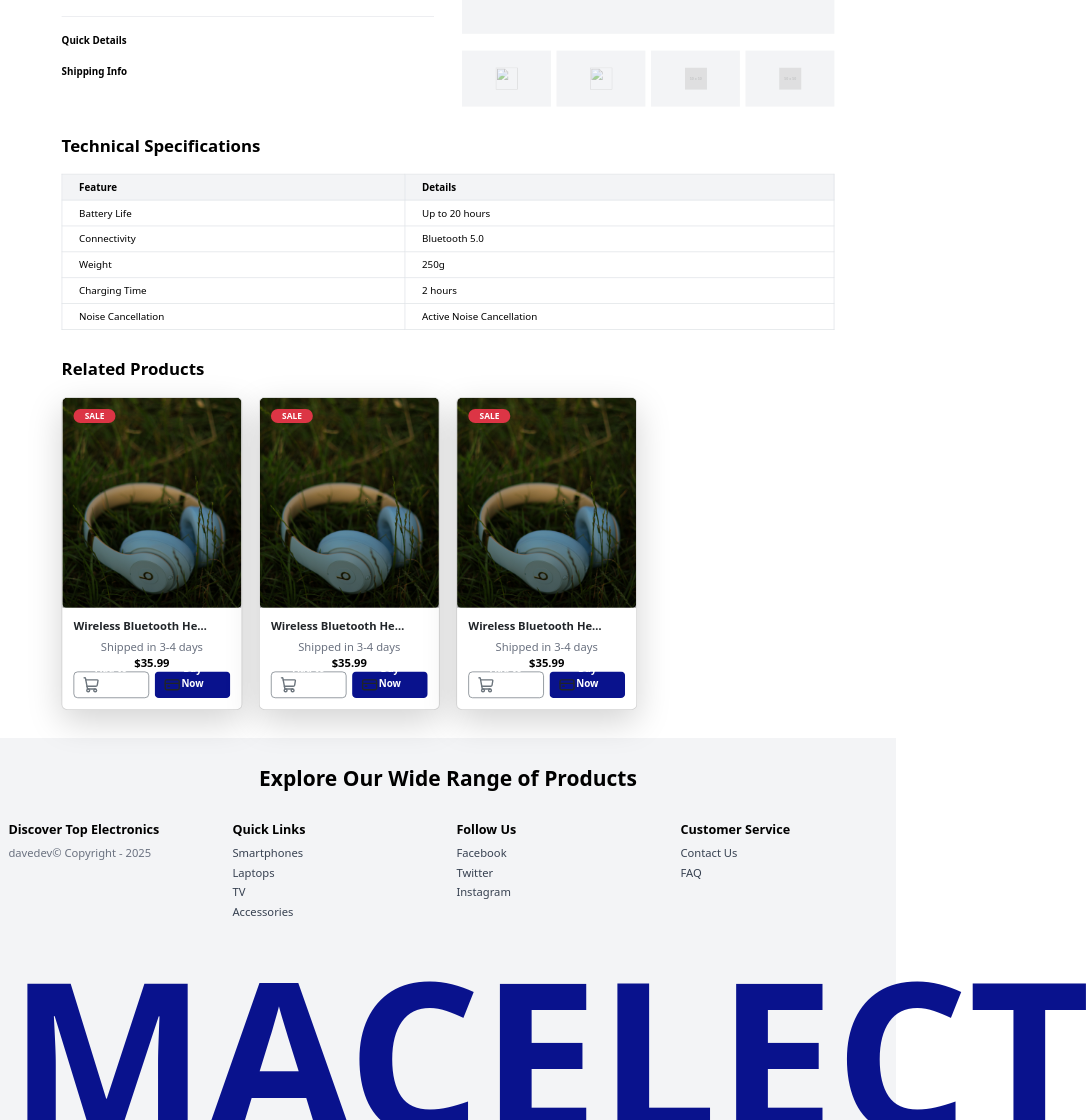
Repository: Davidobi21/macelect
Page: frontend/pages/productpage.html
The author's editor kept a copy of each file at every save. The page is drawn from the files as they stood at one save, then again after the next save.
The browser window is 1280 px wide. The page is 1557 px wide, so the pictures cover 1557 px, including what lies to the right of the window. The pictures show the part of the page from y = 466 to 2066 px (the page is 2174 px tall), at 70% of full size.
Some web libraries are served in a nearby version.

Above is the page before, as saved 2025-04-25 09:10:35.

### frontend/pages/productpage.html
<!DOCTYPE html>
<html lang="en">
<head>
  <meta charset="UTF-8">
  <title>Product Page</title>
  <meta name="viewport" content="width=device-width, initial-scale=1">
  <link rel="stylesheet" href="../css/style.css">
  <!-- Tailwind CSS -->
  <script src="https://cdn.jsdelivr.net/npm/lucide@latest/dist/umd/lucide.min.js"></script>
  <link href="https://cdn.jsdelivr.net/npm/bootstrap@5.3.0-alpha1/dist/css/bootstrap.min.css" rel="stylesheet">
  <script src="https://cdn.tailwindcss.com"></script>
  <!-- jQuery -->
  <script src="https://code.jquery.com/jquery-3.6.4.min.js"></script>
  <script src="../js/pjs.js" defer></script>
  <script src="../js/pjs.js" defer></script>
</head>
<body class="bg-white text-black">

  <!-- Back Button -->
  <div class="max-w-6xl mx-auto px-4 py-4">
    <a href="./products.html" class="inline-flex items-center text-sm font-medium text-blue-600 hover:underline">
      <i data-lucide="arrow-left" class="h-5 w-5 mr-1"></i>
      Back to Products
    </a>
  </div>

  <div class="max-w-6xl mx-auto px-4 py-10">
    <div class="grid md:grid-cols-2 gap-10">

      <!-- Left Section: Product Info -->
      <div>
        <h1 class="text-3xl font-bold mb-2"></h1>
        <p class="product-category text-sm text-gray-600 mb-4"></p>

        <p class="product-price text-2xl font-semibold mb-2"></p>
        <div class="flex items-center mb-4">
          <div class="text-yellow-500 mr-2">
            ★★★★☆
          </div>
          <p class="text-sm text-gray-600">532 reviews</p>
        </div>

        <!-- Color Options -->
        <div class="mb-4">
          <p class="text-sm font-medium mb-1">Color</p>
          <div class="flex space-x-2 color-options"></div>
        </div>

        <!-- Size Dropdown -->
        <div class="mb-4">
          <p class="text-sm font-medium mb-1">Size</p>
          <select class="w-full border border-gray-300 rounded px-4 py-2 text-sm size-dropdown">
            <option value="">Select Size</option>
          </select>
        </div>

        <!-- Quantity -->
        <div class="mb-4">
          <input type="number" value="1" min="1" class="w-20 border border-gray-300 rounded px-4 py-2 text-sm">
        </div>

        <!-- Buttons -->
        <div class="mb-6">
          <button class="w-full bg-[#09128d] text-white py-2 text-sm font-semibold mb-2 hover:bg-[#55555500] text-[#000000] transition">Add to cart</button>
          <button class="w-full border border-gray-400 py-2 text-sm font-semibold hover:bg-gray-100 transition">Buy now</button>
        </div>

        <!-- Details -->
        <div class="border-t pt-4">
          <h2 class="font-semibold text-sm mb-1">Quick Details</h2>
          <p class="text-sm text-gray-700 mb-4 quick-details"></p>

          <h2 class="font-semibold text-sm mb-1 cursor-pointer">Shipping Info</h2>
          <p class="text-sm text-gray-700 shipping-info"></p>
        </div>
      </div>

      <!-- Right Section: Images -->
      <div>
        <div class="w-full h-[400px] bg-gray-100 flex items-center justify-center mb-4">
          <img src="" class="main-product-image w-16 h-16 opacity-50" alt="Main Image">
        </div>

        <!-- Thumbnails -->
        <div class="grid grid-cols-4 gap-2">
          <div class="h-20 bg-gray-100 flex items-center justify-center">
            <img src="" class="thumbnail w-8 h-8 opacity-50" alt="">
          </div>
          <div class="h-20 bg-gray-100 flex items-center justify-center">
            <img src="" class="thumbnail w-8 h-8 opacity-50" alt="">
          </div>
          <div class="h-20 bg-gray-100 flex items-center justify-center">
            <img src="https://via.placeholder.com/50" class="w-8 h-8 opacity-50" alt="Default Thumbnail">
          </div>
          <div class="h-20 bg-gray-100 flex items-center justify-center">
            <img src="https://via.placeholder.com/50" class="w-8 h-8 opacity-50" alt="Default Thumbnail">
          </div>
        </div>
      </div>
    </div>

    <!-- Technical Specifications Table -->
    <div class="mt-10">
      <h2 class="text-2xl font-bold mb-4">Technical Specifications</h2>
      <table class="w-full border border-gray-300 text-sm">
        <thead>
          <tr class="bg-gray-100">
            <th class="border border-gray-300 px-4 py-2 text-left">Feature</th>
            <th class="border border-gray-300 px-4 py-2 text-left">Details</th>
          </tr>
        </thead>
        <tbody>
          <tr>
            <td class="border border-gray-300 px-4 py-2">Battery Life</td>
            <td class="border border-gray-300 px-4 py-2">Up to 20 hours</td>
          </tr>
          <tr>
            <td class="border border-gray-300 px-4 py-2">Connectivity</td>
            <td class="border border-gray-300 px-4 py-2">Bluetooth 5.0</td>
          </tr>
          <tr>
            <td class="border border-gray-300 px-4 py-2">Weight</td>
            <td class="border border-gray-300 px-4 py-2">250g</td>
          </tr>
          <tr>
            <td class="border border-gray-300 px-4 py-2">Charging Time</td>
            <td class="border border-gray-300 px-4 py-2">2 hours</td>
          </tr>
          <tr>
            <td class="border border-gray-300 px-4 py-2">Noise Cancellation</td>
            <td class="border border-gray-300 px-4 py-2">Active Noise Cancellation</td>
          </tr>
        </tbody>
      </table>
    </div>

    <!-- Related Products Section -->
    <div class="mt-10">
      <h2 class="text-2xl font-bold mb-4">Related Products</h2>
      <div class="grid grid-cols-1 sm:grid-cols-2 md:grid-cols-3 lg:grid-cols-4 gap-6">
        <!-- Product Card -->
        <div class="col">
            <div class="card h-100 shadow-lg rounded-lg overflow-hidden position-relative product-card"
            data-name="Wireless Bluetooth Headset"
            data-category="Headphones"
            data-price="35.99">
              <!-- Product Image Swap -->
              <div class="card-img-container position-relative" style="height: 300px;">
                <!-- Main Image -->
                <img src="../images/anna-keibalo-3vdOy66U8KI-unsplash.jpg" class="card-img-top main-img rounded" alt="Wireless Bluetooth Headset" style="height: 100%; object-fit: cover;">

                <!-- Hover Image -->
                <img src="../images/anna-keibalo-zczFCpKyTNc-unsplash.jpg" class="card-img-top hover-img position-absolute top-0 start-0 rounded" alt="Hover Image" style="height: 100%; width: 100%; object-fit: cover;">

                <!-- Optional Gradient Overlay -->
                <div class="overlay position-absolute top-0 bottom-0 start-0 end-0 bg-gradient-to-t from-black opacity-50"></div>
              </div>

              <div class="card-body text-center">
                <h5 class="card-title font-bold text-truncate" style="max-width: 200px;">Wireless Bluetooth Headset</h5>
                <p class="text-gray-500">Shipped in 3-4 days</p>
                <p class="text-black font-bold">$35.99</p>
                <div class="d-flex justify-content-between">
                  <button class="btn btn-outline-secondary flex-grow-1 me-2 position-relative">
                    <i data-lucide="shopping-cart" class="lucide"></i>
                    <span class="btn-label">Add to Cart</span>
                  </button>
                  <button class="btn bg-[#09128d] flex-grow-1 position-relative">
                    <i data-lucide="credit-card" class="lucide"></i>
                    <span class="btn-label">Buy Now</span>
                  </button>
                </div>
              </div>

              <!-- Sale Badge -->
              <div class="badge position-absolute top-0 start-0 m-3 bg-danger text-white rounded-pill px-3 py-1">SALE</div>
            </div>
          </div>
        <!-- Product Card -->
        <div class="col">
            <div class="card h-100 shadow-lg rounded-lg overflow-hidden position-relative product-card"
            data-name="Wireless Bluetooth Headset"
            data-category="Headphones"
            data-price="35.99">
              <!-- Product Image Swap -->
              <div class="card-img-container position-relative" style="height: 300px;">
                <!-- Main Image -->
                <img src="../images/anna-keibalo-3vdOy66U8KI-unsplash.jpg" class="card-img-top main-img rounded" alt="Wireless Bluetooth Headset" style="height: 100%; object-fit: cover;">

                <!-- Hover Image -->
                <img src="../images/anna-keibalo-zczFCpKyTNc-unsplash.jpg" class="card-img-top hover-img position-absolute top-0 start-0 rounded" alt="Hover Image" style="height: 100%; width: 100%; object-fit: cover;">

                <!-- Optional Gradient Overlay -->
                <div class="overlay position-absolute top-0 bottom-0 start-0 end-0 bg-gradient-to-t from-black opacity-50"></div>
              </div>

              <div class="card-body text-center">
                <h5 class="card-title font-bold text-truncate" style="max-width: 200px;">Wireless Bluetooth Headset</h5>
                <p class="text-gray-500">Shipped in 3-4 days</p>
                <p class="text-black font-bold">$35.99</p>
                <div class="d-flex justify-content-between">
                  <button class="btn btn-outline-secondary flex-grow-1 me-2 position-relative">
                    <i data-lucide="shopping-cart" class="lucide"></i>
                    <span class="btn-label">Add to Cart</span>
                  </button>
                  <button class="btn bg-[#09128d] flex-grow-1 position-relative">
                    <i data-lucide="credit-card" class="lucide"></i>
                    <span class="btn-label">Buy Now</span>
                  </button>
                </div>
              </div>

              <!-- Sale Badge -->
              <div class="badge position-absolute top-0 start-0 m-3 bg-danger text-white rounded-pill px-3 py-1">SALE</div>
            </div>
          </div>
        <!-- Product Card -->
        <div class="col">
            <div class="card h-100 shadow-lg rounded-lg overflow-hidden position-relative product-card"
            data-name="Wireless Bluetooth Headset"
            data-category="Headphones"
            data-price="35.99">
              <!-- Product Image Swap -->
              <div class="card-img-container position-relative" style="height: 300px;">
                <!-- Main Image -->
                <img src="../images/anna-keibalo-3vdOy66U8KI-unsplash.jpg" class="card-img-top main-img rounded" alt="Wireless Bluetooth Headset" style="height: 100%; object-fit: cover;">

                <!-- Hover Image -->
                <img src="../images/anna-keibalo-zczFCpKyTNc-unsplash.jpg" class="card-img-top hover-img position-absolute top-0 start-0 rounded" alt="Hover Image" style="height: 100%; width: 100%; object-fit: cover;">

                <!-- Optional Gradient Overlay -->
                <div class="overlay position-absolute top-0 bottom-0 start-0 end-0 bg-gradient-to-t from-black opacity-50"></div>
              </div>

              <div class="card-body text-center">
                <h5 class="card-title font-bold text-truncate" style="max-width: 200px;">Wireless Bluetooth Headset</h5>
                <p class="text-gray-500">Shipped in 3-4 days</p>
                <p class="text-black font-bold">$35.99</p>
                <div class="d-flex justify-content-between">
                  <button class="btn btn-outline-secondary flex-grow-1 me-2 position-relative">
                    <i data-lucide="shopping-cart" class="lucide"></i>
                    <span class="btn-label">Add to Cart</span>
                  </button>
                  <button class="btn bg-[#09128d] flex-grow-1 position-relative">
                    <i data-lucide="credit-card" class="lucide"></i>
                    <span class="btn-label">Buy Now</span>
                  </button>
                </div>
              </div>

              <!-- Sale Badge -->
              <div class="badge position-absolute top-0 start-0 m-3 bg-danger text-white rounded-pill px-3 py-1">SALE</div>
            </div>
          </div>
        </div>
      </div>
    </div>
  </div>
  <footer>
    <section class="py-10 bg-gray-100">
        <div class="container mx-auto text-center">
          <h2 class="text-3xl font-bold mb-4">Explore Our Wide Range of Products</h2>
          <!-- <a href="#" class="btn btn-dark px-4 py-2 rounded-lg">Shop Now →</a> -->
          <div class="grid grid-cols-4 gap-4 mt-10 text-left">
            <!-- Column 1 -->
            <div>
              <h3 class="font-bold text-lg">Discover Top Electronics</h3>
              <p class="text-gray-500 mt-2">davedev©  Copyright - 2025</p>
            </div>
            <!-- Column 2 -->
            <div>
              <h3 class="font-bold text-lg">Quick Links</h3>
              <ul class="mt-2 space-y-1">
                <li><a href="#" class="text-gray-700 hover:underline">Smartphones</a></li>
                <li><a href="#" class="text-gray-700 hover:underline">Laptops</a></li>
                <li><a href="#" class="text-gray-700 hover:underline">TV</a></li>
                <li><a href="#" class="text-gray-700 hover:underline">Accessories</a></li>
              </ul>
            </div>
            <!-- Column 3 -->
            <div>
              <h3 class="font-bold text-lg">Follow Us</h3>
              <ul class="mt-2 space-y-1">
                <li><a href="#" class="text-gray-700 hover:underline">Facebook</a></li>
                <li><a href="#" class="text-gray-700 hover:underline">Twitter</a></li>
                <li><a href="#" class="text-gray-700 hover:underline">Instagram</a></li>
              </ul>
            </div>
            <!-- Column 4 -->
            <div>
              <h3 class="font-bold text-lg">Customer Service</h3>
              <ul class="mt-2 space-y-1">
                <li><a href="#" class="text-gray-700 hover:underline">Contact Us</a></li>
                <li><a href="#" class="text-gray-700 hover:underline">FAQ</a></li>
              </ul>
            </div>
          </div>
          <h1 class=" text-[#09128d] text-[60px] sm:text-[100px] md:text-[180px] lg:text-[250px] xl:text-[300px] font-bold mt-10 text-center leading-none">
            MACELECT
          </h1>

        </div>
      </section>
  </footer>
  <script src="https://cdn.jsdelivr.net/npm/bootstrap@5.3.0-alpha1/dist/js/bootstrap.bundle.min.js"></script>
</body>
</html>

Loaded but not shown: frontend/js/pjs.js (160 lines, source omitted); frontend/css/style.css (305 lines, source omitted)

After the next save:
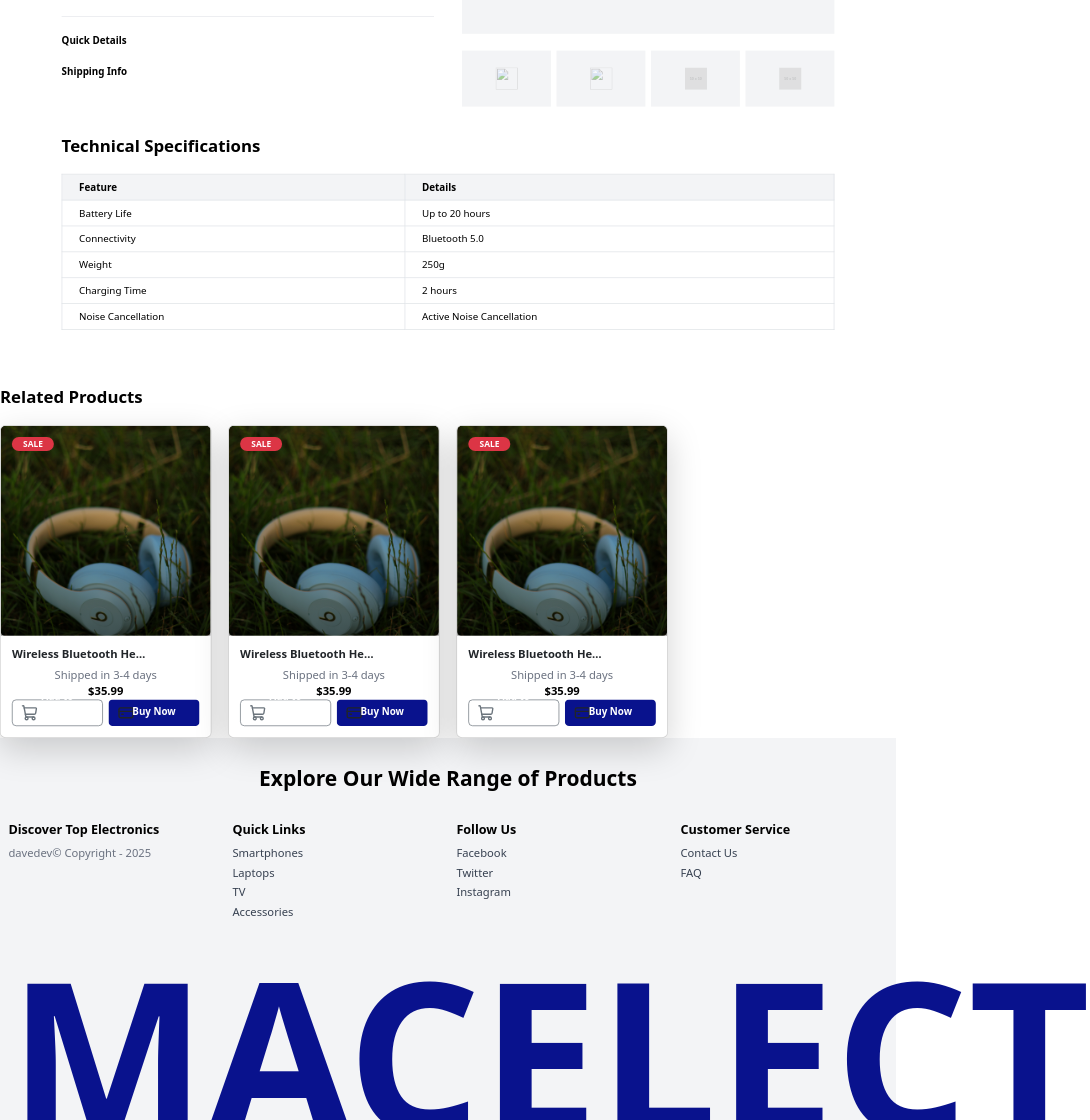
Saved 11 s later.
--- a/frontend/pages/productpage.html
+++ b/frontend/pages/productpage.html
@@ -12,7 +12,6 @@
   <!-- jQuery -->
   <script src="https://code.jquery.com/jquery-3.6.4.min.js"></script>
   <script src="../js/pjs.js" defer></script>
-  <script src="../js/pjs.js" defer></script>
 </head>
 <body class="bg-white text-black">
 
@@ -90,17 +89,17 @@
             <img src="" class="thumbnail w-8 h-8 opacity-50" alt="">
           </div>
           <div class="h-20 bg-gray-100 flex items-center justify-center">
-            <img src="https://via.placeholder.com/50" class="w-8 h-8 opacity-50" alt="Default Thumbnail">
+            <img src="https://via.placeholder.com/50" class="w-8 h-8 opacity-50" alt="">
           </div>
           <div class="h-20 bg-gray-100 flex items-center justify-center">
-            <img src="https://via.placeholder.com/50" class="w-8 h-8 opacity-50" alt="Default Thumbnail">
+            <img src="https://via.placeholder.com/50" class="w-8 h-8 opacity-50" alt="">
           </div>
         </div>
       </div>
     </div>
 
     <!-- Technical Specifications Table -->
-    <div class="mt-10">
+    <div class="mt-10"></div>
       <h2 class="text-2xl font-bold mb-4">Technical Specifications</h2>
       <table class="w-full border border-gray-300 text-sm">
         <thead>
@@ -303,5 +302,59 @@
       </section>
   </footer>
   <script src="https://cdn.jsdelivr.net/npm/bootstrap@5.3.0-alpha1/dist/js/bootstrap.bundle.min.js"></script>
+  <script>
+    document.addEventListener("DOMContentLoaded", async () => {
+        const urlParams = new URLSearchParams(window.location.search);
+        const productId = urlParams.get("id");
+
+        if (!productId) {
+            console.error("Product ID not found in the URL.");
+            return;
+        }
+
+        try {
+            // Fetch product details from the backend
+            const response = await fetch(`http://localhost:5000/api/products/${productId}`);
+            const product = await response.json();
+
+            // Update the product page with the fetched details
+            document.querySelector("h1").textContent = product.name;
+            document.querySelector(".product-category").textContent = product.category;
+            document.querySelector(".product-price").textContent = `$${product.price}`;
+            document.querySelector(".main-product-image").src = `http://localhost:5000${product.images[0]}`;
+
+            // Update thumbnails
+            const thumbnails = document.querySelectorAll(".thumbnail");
+            thumbnails[0].src = `http://localhost:5000${product.images[0]}`;
+            if (product.images[1]) {
+                thumbnails[1].src = `http://localhost:5000${product.images[1]}`;
+            }
+
+            // Update color options
+            const colorContainer = document.querySelector(".color-options");
+            colorContainer.innerHTML = product.colors.map(color => `
+                <button class="px-4 py-2 border border-gray-300 text-sm" style="background-color: ${color};">${color}</button>
+            `).join("");
+
+            // Update size options
+            const sizeDropdown = document.querySelector(".size-dropdown");
+            sizeDropdown.innerHTML = product.sizes.map(size => `
+                <option value="${size}">${size}</option>
+            `).join("");
+
+            // Update quick details
+            const quickDetails = document.querySelector(".quick-details");
+            quickDetails.textContent = product.quickDetails;
+
+            // Update shipping info
+            const shippingInfo = document.querySelector(".shipping-info");
+            shippingInfo.textContent = product.shippingInfo || "N/A";
+
+        } catch (err) {
+            console.error("Error fetching product details:", err);
+            document.querySelector(".main-content").innerHTML = '<p class="text-danger">Failed to load product details. Please try again later.</p>';
+        }
+    });
+  </script>
 </body>
 </html>
